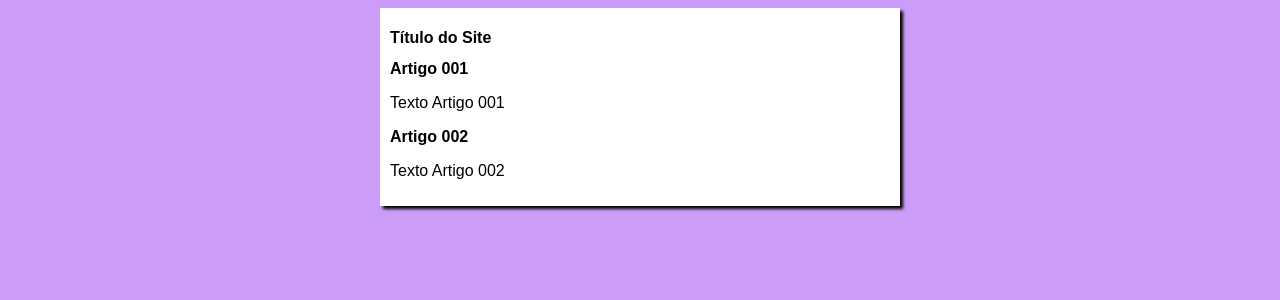
Repository: AnthonyLuanSantos/projeto-site
Page: index.html
An editor plug-in stored every save of this project. The page is shown before and after a run of saves, followed by the edit.
The browser window is 1280 px wide. The pictures show the whole page.

Above is the page before, as saved 2024-08-18 20:46:37.

### index.html
<!DOCTYPE html>
<html lang="pt-br">
<head>
    <meta charset="UTF-8">
    <meta name="viewport" content="width=device-width, initial-scale=1.0">
    <title>Título do Site</title>
    <link rel="stylesheet" href="style.css">
</head>
<body>
    <main>
        <header>
            <h1>Título do Site</h1>
        </header>
        <article>
            <h2>Artigo 001</h2>
            <p>Texto Artigo 001</p>
        </article>
        <article>
            <h2>Artigo 002</h2>
            <p>Texto Artigo 002</p>
        </article>
    </main>
</body>
</html>

### style.css
*{
    font-family: Arial, Helvetica, sans-serif;
    font-size: 16px;
}
body{
    background-color: rgb(204,157,248);
}
main{
    background-color: white;
    width: 500px;
    margin: auto;
    padding: 10px;
    box-shadow: 3px 3px 3px;
}

After the next 3 saves:
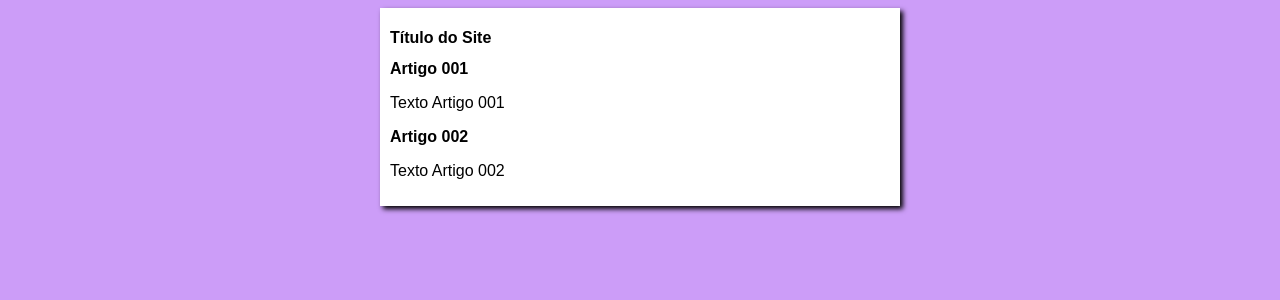
The 3 saves are shown as one change because they came seconds apart.
The last was saved 12 s later.
--- a/style.css
+++ b/style.css
@@ -10,5 +10,5 @@
     width: 500px;
     margin: auto;
     padding: 10px;
-    box-shadow: 3px 3px 3px;
+    box-shadow: 3px 3px 5px;
 }
